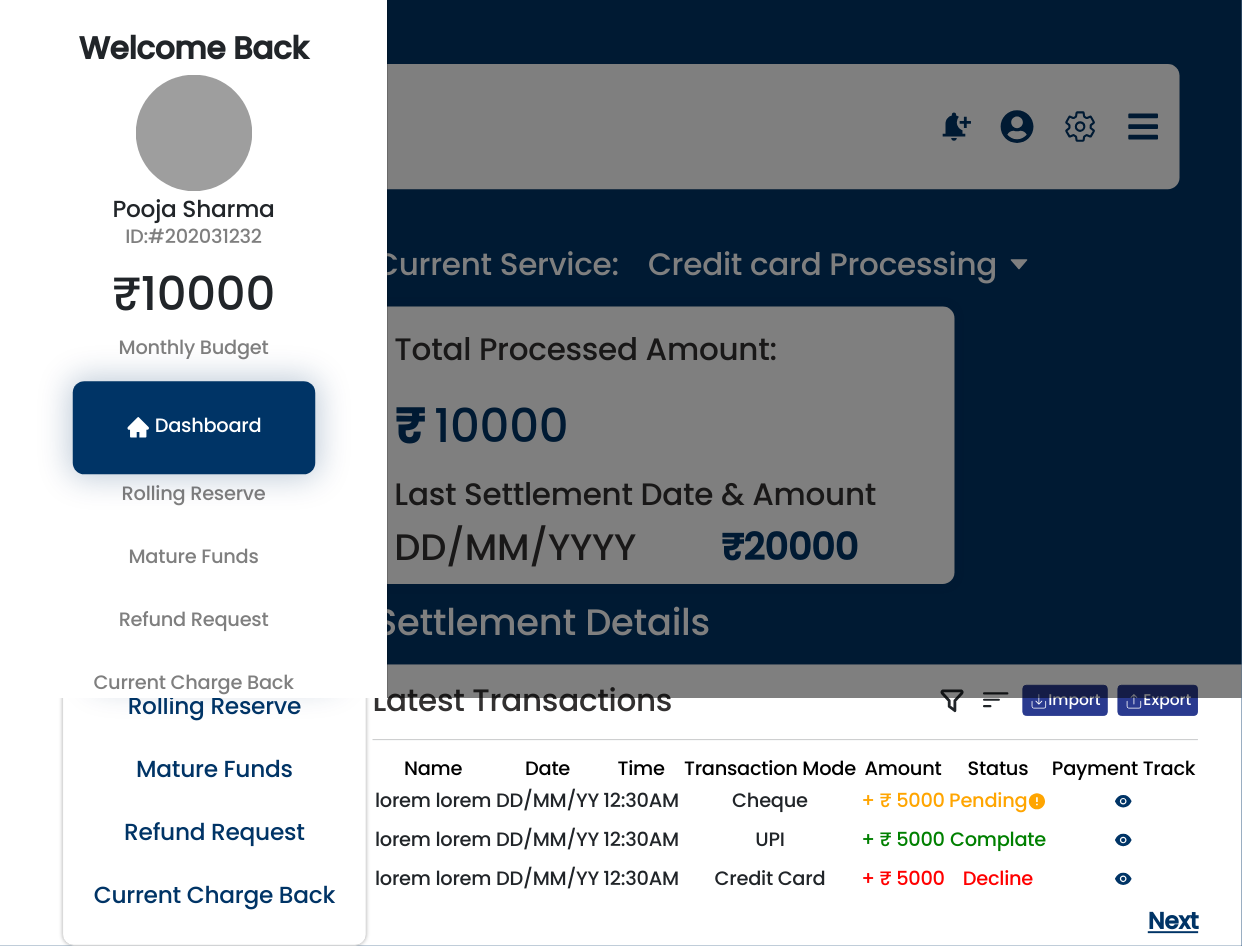
Repository: FlyweisReact/Prashant
Page: /dashboard, after clicking the first element matching `svg.bars`
An editor plug-in stored every save of this project. The page is shown before and after the next save, followed by the edit.
The browser window is 1280 px wide. The pictures show the whole page, at 97% of full size.
Pictures or frames that could not be fetched are drawn as grey boxes. Some web libraries are served in a nearby version. The project was rebuilt for these pictures with package versions that can differ from the ones it lists, and the page was loaded fresh each time. Also part of the build but not shown: src/Pages/CryptoPayment.jsx, src/Pages/CurrentCharge.jsx, src/Styles/Login.module.css, src/Components/Login/LoginFirstSection.jsx, src/Components/Login/LoginMainSection.jsx, src/Pages/Login.jsx, src/Pages/MatureFund.jsx, src/Pages/OpenBanking.jsx and 12 more.

Above is the page before, as saved 2023-03-23 18:26:05.

After the next save:
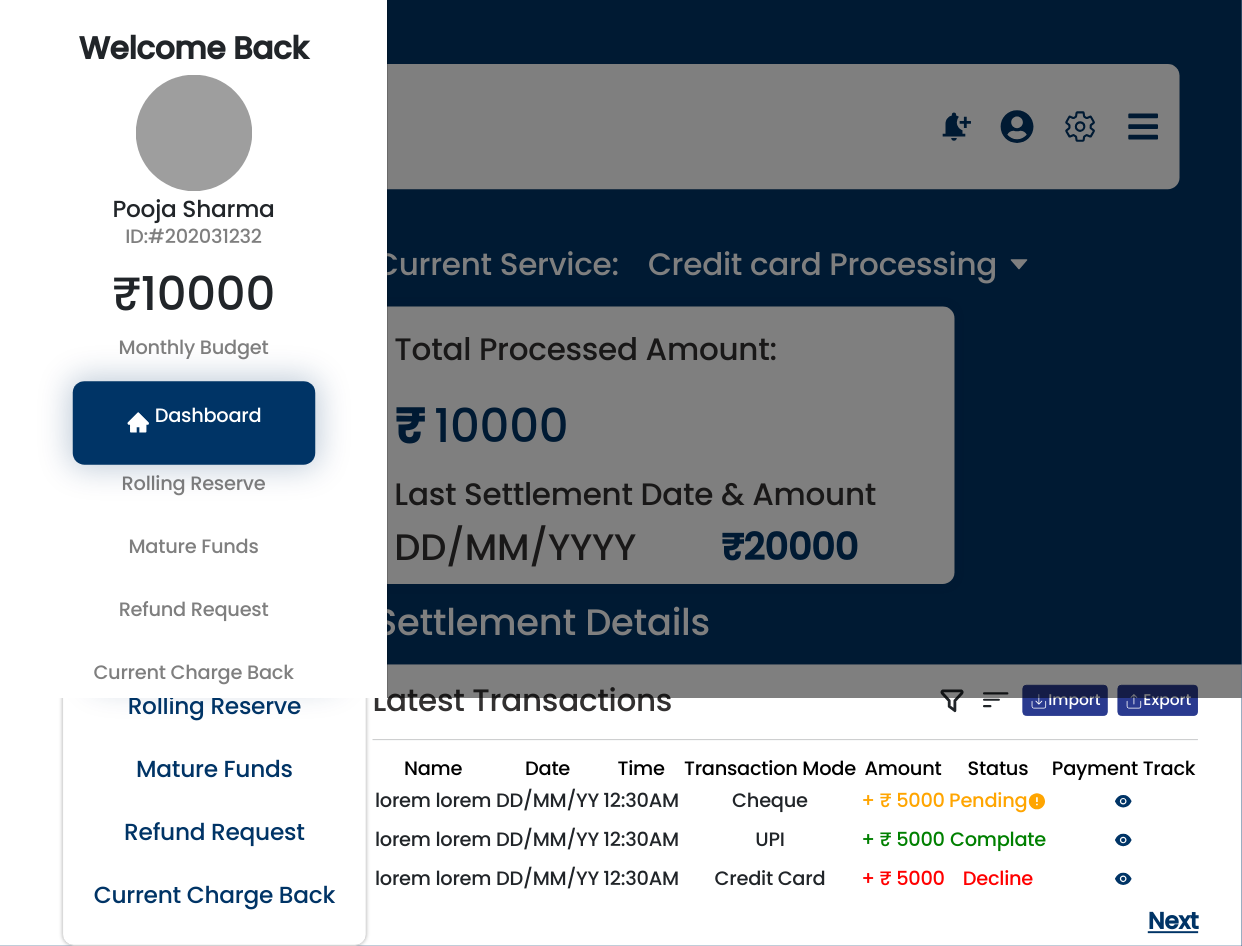
Saved 7 s later.
--- a/src/App.css
+++ b/src/App.css
@@ -229,7 +229,7 @@ color: rgba(0, 0, 0, 0.5);
 }
 .offSideBarMain .active p {
   color: #fff;
-  margin-top: 10px;
+  padding-top: 10px;
 }
 
 .offSideBarMain .ruppes{
